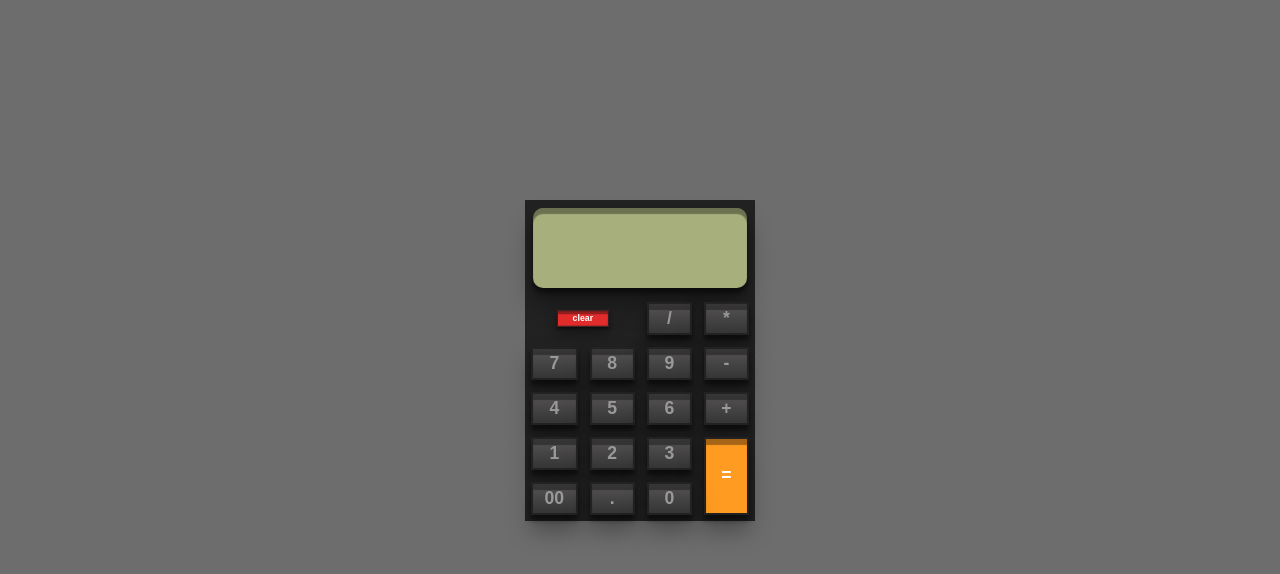
Repository: JunaidAnsari202/calculator
Page: index.html
These files come from the project's save history. The page is drawn as it stood at one moment and after a run of saves; the edit follows.
The browser window is 1280 px wide. The pictures show the whole page.
The pointer rests on the first visible `span`.

Above is the page before, as saved 2023-10-28 15:18:52.

### index.html
<!DOCTYPE html>
<html lang="en">
<head>
    <meta charset="UTF-8">
    <meta name="viewport" content="width=device-width, initial-scale=1.0">
    <title>Document</title>
    <link rel="stylesheet" href="style.css">
</head>
<body>

    <div class="caculator">
        <div class="button">
            <h2 id="value"></h2>
            <!-- <textarea name="" id="value" cols="1" rows="1" readonly></textarea> -->
            <span id="clear">clear</span>
            <span>/</span>
            <span>*</span>
            <span>7</span>
            <span>8</span>
            <span>9</span>
            <span>-</span>
            <span>4</span>
            <span>5</span>
            <span>6</span>
            <span id="plus">+</span>
            <span>1</span>
            <span>2</span>
            <span>3</span>
            <span id="equal">=</span>

            <span>00</span>
            <span>.</span>
            <span>0</span>


            </div>
    </div>
    <script src="script.js"></script>
</body>
</html>

### style.css
*{
    padding: 0;
    margin: 0;
    box-sizing: border-box;
    /* border: 1px red dashed; */
    font-family: Arial, Helvetica, sans-serif;
}

body{
    display: flex;
    justify-content: center;
    align-items: center;
    height: 100vh;

    background-color: rgb(109, 109, 109);
    /* background-color: #222; */
}
.calculator{

    position: relative;
    width: 280px;

}

.button{
    position: relative;
    display: grid;
    background-color:#222;
    width: 230px;

}

#value{
    width: 2em; /* Adjust the width as needed */
    height: 1.8em; /* Adjust the height as needed */
    resize: none;

    position: relative;
    margin: 8px;
    grid-column: span 4;
    height: 80px;
    line-height: 80px;
    padding-right: 10px;
    border-radius: 10px;
    background-color: #a7af7c;
    text-align: right;
    font-size: 1.8rem;
    color: #3a3c2e;
    overflow: hidden;
    box-shadow: inset 0 6px 1px 0 rgba(0,0,0,0.35),
    0 5px 5px rgba(0,0,0,0.5),0 15px 25px rgba(0,0,0,0.35);
    width: calc(100% - 16px);
}


span{
    /* height: 25px; */

    position: relative;
    padding:4px;
    margin: 6px;
    min-width: 30px;
    font-size: 1.1rem;
    display: flex;
    justify-content: center;
    align-items: center;
    font-weight: bolder;
    color: #999;
    border: 2px solid #222;
    background: linear-gradient(#555353,#363535);
    box-shadow: inset 0 6px 1px 0 rgba(0,0,0,0.35),
    0 5px 5px rgba(0,0,0,0.5),0 15px 25px rgba(0,0,0,0.35);
    user-select: none;
    cursor: pointer;
}

/* span::before{
    content: "";
    position: absolute;
    border-top: 2px solid #ccc;
    filter: blur(2px);
} */

/* span:active{
    box-shadow: inset 0 6px 1px 0 rgba(0,0,0,0.35),
    0 5px 5px rgba(0,0,0,0.5),0 15px 25px rgba(0,0,0,0.35);

} */

#clear{
grid-column: span 2;
background: rgba(247, 45, 45, 0.907);
color: white;
}

#equal{
    grid-row: span 2;
    /* height: 62px; */
    background: rgb(255, 155, 33);
    color: white;
}
span:hover{
    transform: scale(0.5);
}

### script.js
let buttons=document.querySelector(".button");
let btn=document.querySelectorAll("span");
let value=document.getElementById("value");

for(let i =0;i<btn.length;i++){
    btn[i].addEventListener("click",function(){
        if(this.innerHTML == "="){
            value.innerHTML = eval(value.innerHTML);

        }
        else{
            if(this.innerHTML== "clear"){
                value.innerHTML = " ";
            }else{
                value.innerHTML += this.innerHTML;
            }
        }
    })
}

After the next 2 saves:
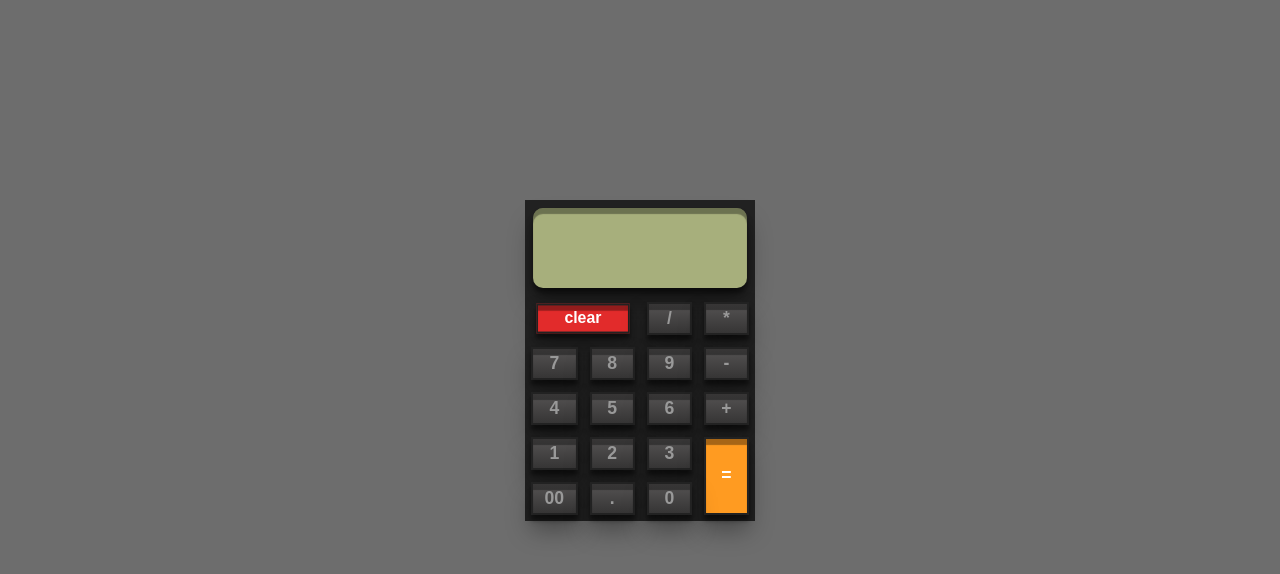
The 2 saves are shown as one change because they came seconds apart.
The last was saved 8 s later.
--- a/style.css
+++ b/style.css
@@ -100,5 +100,5 @@ color: white;
     color: white;
 }
 span:hover{
-    transform: scale(0.5);
+    transform: scale(0.9);
 }
